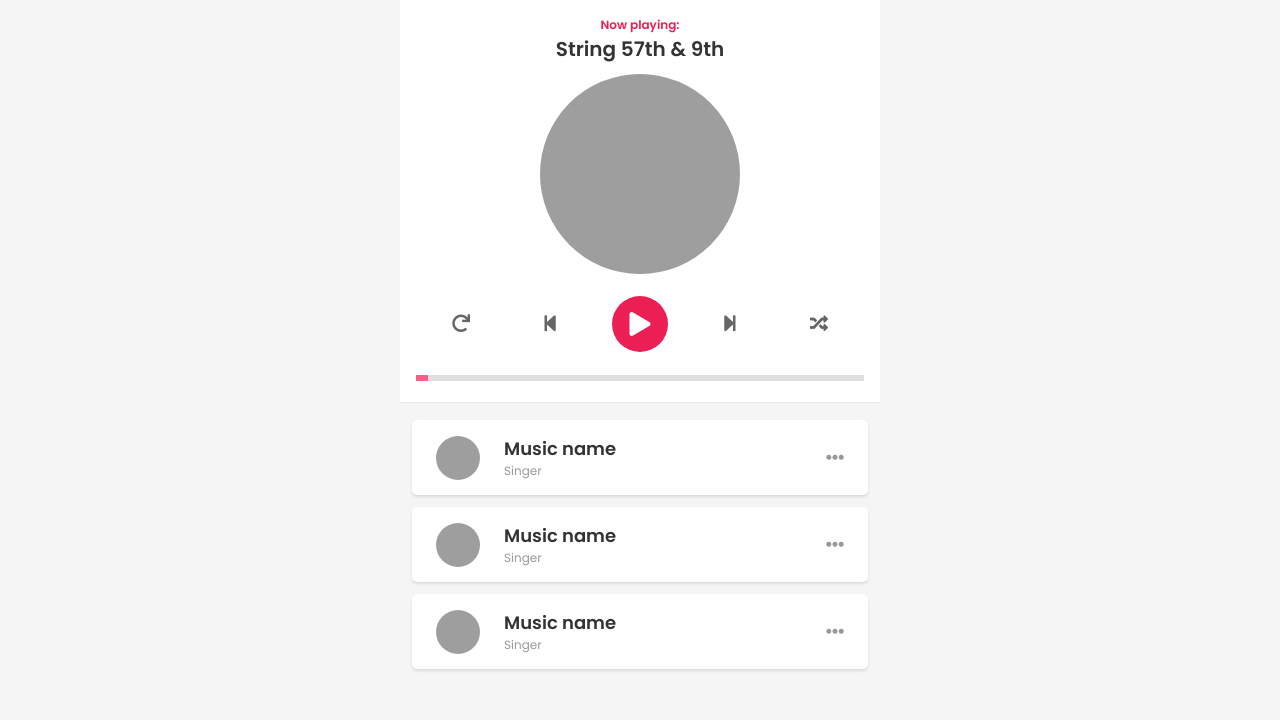
Repository: KienCao2000/demo-music
Page: index.html
An editor plug-in stored every save of this project. The page is shown before and after the next save, followed by the edit.
The browser window is 1280 px wide. The pictures show the whole page.
Pictures or frames that could not be fetched are drawn as grey boxes.

Above is the page before, as saved 2022-02-24 23:02:02.

### index.html
<!DOCTYPE html>
<html lang="en">
<head>
    <meta charset="UTF-8">
    <meta http-equiv="X-UA-Compatible" content="IE=edge">
    <meta name="viewport" content="width=device-width, initial-scale=1.0">
    <title>Music player</title>
    <link rel="stylesheet" href="https://cdnjs.cloudflare.com/ajax/libs/font-awesome/5.15.2/css/all.min.css" integrity="sha512-HK5fgLBL+xu6dm/Ii3z4xhlSUyZgTT9tuc/hSrtw6uzJOvgRr2a9jyxxT1ely+B+xFAmJKVSTbpM/CuL7qxO8w==" crossorigin="anonymous" />
    <link rel="preconnect" href="https://fonts.gstatic.com">
    <link href="https://fonts.googleapis.com/css2?family=Poppins:wght@300;400;600&display=swap" rel="stylesheet">
    <link rel="stylesheet" href="./css/style.css">
</head>
<body>
    <div class="player">
        <!-- Dashboard -->
        <div class="dashboard">
          <!-- Header -->
          <header>
            <h4>Now playing:</h4>
            <h2>String 57th & 9th</h2>
          </header>

          <!-- CD -->
          <div class="cd">
            <div class="cd-thumb" style="background-image: url('https://i.ytimg.com/vi/jTLhQf5KJSc/maxresdefault.jpg')">
            </div>
          </div>

          <!-- Control -->
          <div class="control">
            <div class="btn btn-repeat">
              <i class="fas fa-redo"></i>
            </div>
            <div class="btn btn-prev">
              <i class="fas fa-step-backward"></i>
            </div>
            <div class="btn btn-toggle-play">
              <i class="fas fa-pause icon-pause"></i>
              <i class="fas fa-play icon-play"></i>
            </div>
            <div class="btn btn-next">
              <i class="fas fa-step-forward"></i>
            </div>
            <div class="btn btn-random">
              <i class="fas fa-random"></i>
            </div>
          </div>

          <input id="progress" class="progress" type="range" value="0" step="1" min="0" max="100">

          <audio id="audio" src=""></audio>
        </div>

        <!-- Playlist -->
        <div class="playlist">
          <div class="song">
            <div class="thumb" style="background-image: url('https://i.ytimg.com/vi/jTLhQf5KJSc/maxresdefault.jpg')">
            </div>
            <div class="body">
              <h3 class="title">Music name</h3>
              <p class="author">Singer</p>
            </div>
            <div class="option">
              <i class="fas fa-ellipsis-h"></i>
            </div>
          </div>
          <div class="song">
            <div class="thumb" style="background-image: url('https://i.ytimg.com/vi/jTLhQf5KJSc/maxresdefault.jpg')">
            </div>
            <div class="body">
              <h3 class="title">Music name</h3>
              <p class="author">Singer</p>
            </div>
            <div class="option">
              <i class="fas fa-ellipsis-h"></i>
            </div>
          </div>
          <div class="song">
            <div class="thumb" style="background-image: url('https://i.ytimg.com/vi/jTLhQf5KJSc/maxresdefault.jpg')">
            </div>
            <div class="body">
              <h3 class="title">Music name</h3>
              <p class="author">Singer</p>
            </div>
            <div class="option">
              <i class="fas fa-ellipsis-h"></i>
            </div>
          </div>
        </div>
    </div>
    <script>
        /**
         * 1. Render songs
         * 2. Scroll top
         * 3. Play / pause / seek
         * 4. CD rotate
         * 5. Next / prev
         * 6. Random
         * 7. Next / Repeat when ended
         * 8. Active song
         * 9. Scroll active song into view
         * 10. Play song when click
        */

        const $ = document.querySelector.bind(document);
        const $$ = document.querySelectorAll.bind(document);

        const app = {
          songs: [
            {
              name: 'Ngày đầu tiên',
              singer: 'Đức Phúc',
              path: './music/song1.mp3',
              img: './img/song1.png'
            },
            {
              name: 'Yêu đương khó quá thì chạy về khóc với anh',
              singer: 'Erik',
              path: './music/song2.mp3',
              img: './img/song2.png'
            },
            {
              name: 'Chạy về nơi anh',
              singer: 'Khắc Việt',
              path: './music/song3.mp3',
              img: './img/song3.png'
            },
            {
              name: 'Câu hứa chưa vẹn tròn',
              singer: 'Phát Huy T4',
              path: './music/song4.mp3',
              img: './img/song4.png'
            },
            {
              name: 'Hoa tàn tình tan',
              singer: 'Giang Jolee',
              path: './music/song5.mp3',
              img: './img/song5.png'
            },
            {
              name: 'Câu hẹn câu thề',
              singer: 'Đình Dũng',
              path: './music/song6.mp3',
              img: './img/song6.png'
            },
            {
              name: 'Đế Vương',
              singer: 'Đình Dũng, ACV',
              path: './music/song7.mp3',
              img: './img/song7.png'
            },
            {
              name: 'Sài Gòn đau lòng quá',
              singer: 'Hứa Kim Tuyền',
              path: './music/song8.mp3',
              img: './img/song8.png'
            },
            {
              name: 'Tình thương phu thê',
              singer: 'Chí Hướng',
              path: './music/song9.mp3',
              img: './img/song9.png'
            },
            {
              name: 'Cưới thôi',
              singer: 'Bray, Masew',
              path: './music/song10.mp3',
              img: './img/song10.png'
            },
          ],
          render: function() {
            console.log(123)
          },
          start: function() {
            this.render()
          }
        }
    </script>
    <!-- Design from: https://static.collectui.com/shots/3671744/musicloud-revolutionary-app-for-music-streaming-large -->
</body>
</html>

### css/style.css
:root {
    --primary-color: #ec1f55;
    --text-color: #333;
}

*{
    padding: 0;
    margin: 0;
    box-sizing: inherit;
}

body {
    background-color: #f5f5f5;
}

html {
    box-sizing: border-box;
    font-family: "Poppins", sans-serif;
}

.player {
    position: relative;
    max-width: 480px;
    margin: 0 auto;
}

.player .icon-pause {
    display: none;
}

.player.playing .icon-pause {
    display: inline-block;
}

.player.playing .icon-play {
    display: none;
}
.dashboard {
    padding: 16px 16px 14px;
    background-color: #fff;
    position: fixed;
    top: 0;
    width: 100%;
    max-width: 480px;
    border-bottom: 1px solid #ebebeb;
}

  /* HEADER */
header {
    text-align: center;
    margin-bottom: 10px;
}

header h4 {
    color: var(--primary-color);
    font-size: 12px;
}

header h2 {
    color: var(--text-color);
    font-size: 20px;
}

  /* CD */
.cd {
    display: flex;
    margin: auto;
    width: 200px;
  }

.cd-thumb {
    width: 100%;
    padding-top: 100%;
    border-radius: 50%;
    background-color: #333;
    background-size: cover;
    margin: auto;
}

  /* CONTROL */
.control {
    display: flex;
    align-items: center;
    justify-content: space-around;
    padding: 18px 0 8px 0;
}

.control .btn {
    color: #666;
    padding: 18px;
    font-size: 18px;
  }

.control .btn.active {
    color: var(--primary-color);
  }

.control .btn-toggle-play {
    width: 56px;
    height: 56px;
    border-radius: 50%;
    font-size: 24px;
    color: #fff;
    display: flex;
    align-items: center;
    justify-content: center;
    background-color: var(--primary-color);
}

.progress {
    width: 100%;
    -webkit-appearance: none;
    height: 6px;
    background: #d3d3d3;
    outline: none;
    opacity: 0.7;
    -webkit-transition: 0.2s;
    transition: opacity 0.2s;
}

.progress::-webkit-slider-thumb {
    -webkit-appearance: none;
    appearance: none;
    width: 12px;
    height: 6px;
    background-color: var(--primary-color);
    cursor: pointer;
}

  /* PLAYLIST */
  .playlist {
    margin-top: 408px;
    padding: 12px;
}

.song {
    display: flex;
    align-items: center;
    margin-bottom: 12px;
    background-color: #fff;
    padding: 8px 16px;
    border-radius: 5px;
    box-shadow: 0 2px 3px rgba(0, 0, 0, 0.1);
}

.song.active {
    background-color: var(--primary-color);
}

.song:active {
    opacity: 0.8;
}

  .song.active .option,
  .song.active .author,
  .song.active .title {
    color: #fff;
}

.song .thumb {
    width: 44px;
    height: 44px;
    border-radius: 50%;
    background-size: cover;
    margin: 0 8px;
}

.song .body {
    flex: 1;
    padding: 0 16px;
}

  .song .title {
    font-size: 18px;
    color: var(--text-color);
}

.song .author {
    font-size: 12px;
    color: #999;
}

.song .option {
    padding: 16px 8px;
    color: #999;
    font-size: 18px;
}

After the next save:
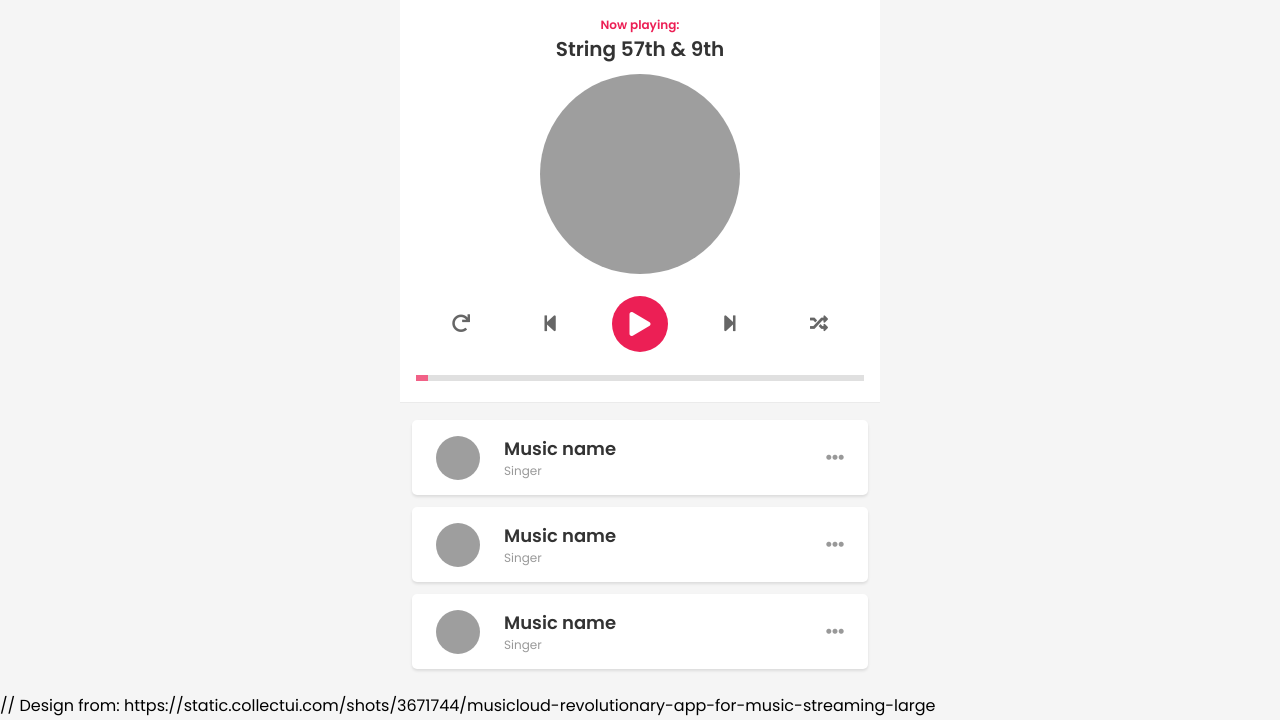
Saved 84 s later.
--- a/index.html
+++ b/index.html
@@ -176,6 +176,6 @@
           }
         }
     </script>
-    <!-- Design from: https://static.collectui.com/shots/3671744/musicloud-revolutionary-app-for-music-streaming-large -->
+      // Design from: https://static.collectui.com/shots/3671744/musicloud-revolutionary-app-for-music-streaming-large
 </body>
 </html>
